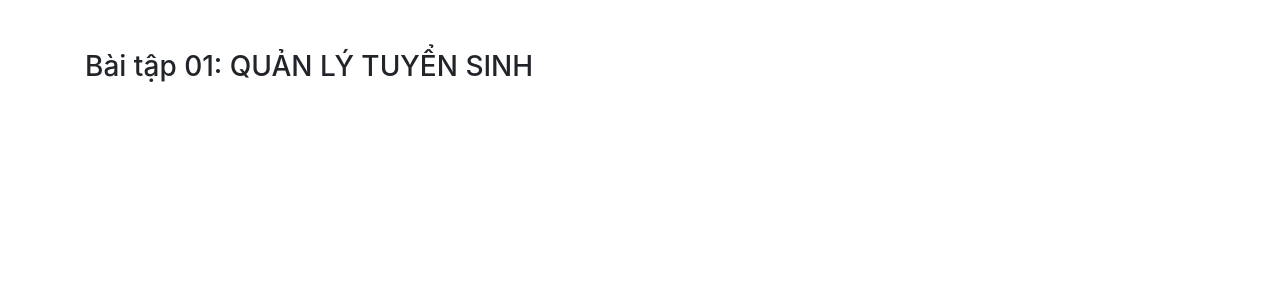
Repository: ducdatit2002/javascript-tinh-day15
Page: index.html
The author's editor kept a copy of each file at every save. The page is drawn from the files as they stood at one save, then again after a run of saves.
The browser window is 1280 px wide. The pictures show the whole page.

Above is the page before, as saved 2023-08-19 23:53:58.

### index.html
<!DOCTYPE html>
<html lang="en">
  <head>
    <title>HOMEWORK BUỔI 15 - JAVASCRIPT</title>
    <!-- Required meta tags -->
    <meta charset="utf-8" />
    <meta
      name="viewport"
      content="width=device-width, initial-scale=1, shrink-to-fit=no"
    />

    <!-- Bootstrap CSS -->
    <link
      rel="stylesheet"
      href="https://stackpath.bootstrapcdn.com/bootstrap/4.3.1/css/bootstrap.min.css"
      integrity="sha384-ggOyR0iXCbMQv3Xipma34MD+dH/1fQ784/j6cY/iJTQUOhcWr7x9JvoRxT2MZw1T"
      crossorigin="anonymous"
    />
  </head>
  <body>
    <div class="container" style="margin-bottom: 500px; margin-top: 50px;">
        <div class="baiTap1">
            <h3>Bài tập 01: QUẢN LÝ TUYỂN SINH</h3>
            <div class="row mt-3">

            </div>
        </div>
    </div>
    <!-- Optional JavaScript -->
    <!-- jQuery first, then Popper.js, then Bootstrap JS -->
    <script
      src="https://code.jquery.com/jquery-3.3.1.slim.min.js"
      integrity="sha384-q8i/X+965DzO0rT7abK41JStQIAqVgRVzpbzo5smXKp4YfRvH+8abtTE1Pi6jizo"
      crossorigin="anonymous"
    ></script>
    <script
      src="https://cdnjs.cloudflare.com/ajax/libs/popper.js/1.14.7/umd/popper.min.js"
      integrity="sha384-UO2eT0CpHqdSJQ6hJty5KVphtPhzWj9WO1clHTMGa3JDZwrnQq4sF86dIHNDz0W1"
      crossorigin="anonymous"
    ></script>
    <script
      src="https://stackpath.bootstrapcdn.com/bootstrap/4.3.1/js/bootstrap.min.js"
      integrity="sha384-JjSmVgyd0p3pXB1rRibZUAYoIIy6OrQ6VrjIEaFf/nJGzIxFDsf4x0xIM+B07jRM"
      crossorigin="anonymous"
    ></script>
    <script src="./index.js"></script>
  </body>
</html>

Loaded but not shown: index.js (no copy from this time; the picture is the same without it)

After the next 3 saves:
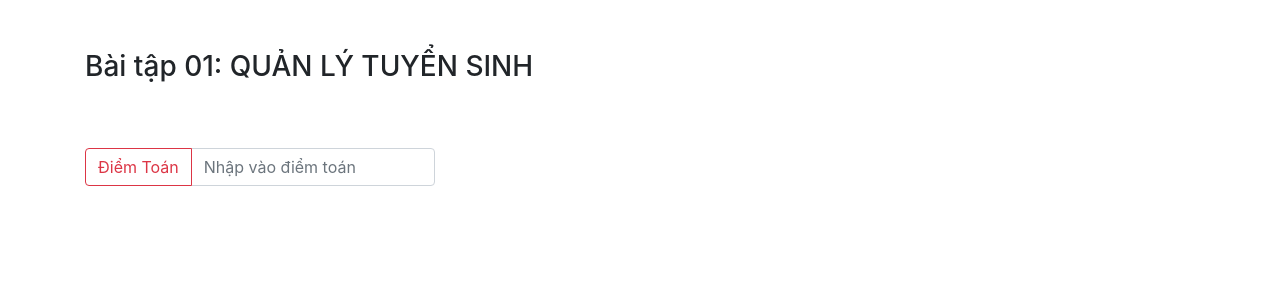
The 3 saves are shown as one change because they came seconds apart.
The last was saved 12 s later.
--- a/index.html
+++ b/index.html
@@ -18,13 +18,25 @@
     />
   </head>
   <body>
-    <div class="container" style="margin-bottom: 500px; margin-top: 50px;">
-        <div class="baiTap1">
-            <h3>Bài tập 01: QUẢN LÝ TUYỂN SINH</h3>
-            <div class="row mt-3">
-
+    <div class="container" style="margin-bottom: 500px; margin-top: 50px">
+      <div class="baiTap1">
+        <h3>Bài tập 01: QUẢN LÝ TUYỂN SINH</h3>
+        <div class="row mt-3">
+          <div class="col-4">
+            <div class="input-group mt-5">
+              <div class="input-group-prepend">
+                <button class="btn btn-outline-danger">Điểm Toán</button>
+              </div>
+              <input
+                type="text"
+                class="form-control"
+                id="diemToan"
+                placeholder="Nhập vào điểm toán"
+              />
             </div>
+          </div>
         </div>
+      </div>
     </div>
     <!-- Optional JavaScript -->
     <!-- jQuery first, then Popper.js, then Bootstrap JS -->
